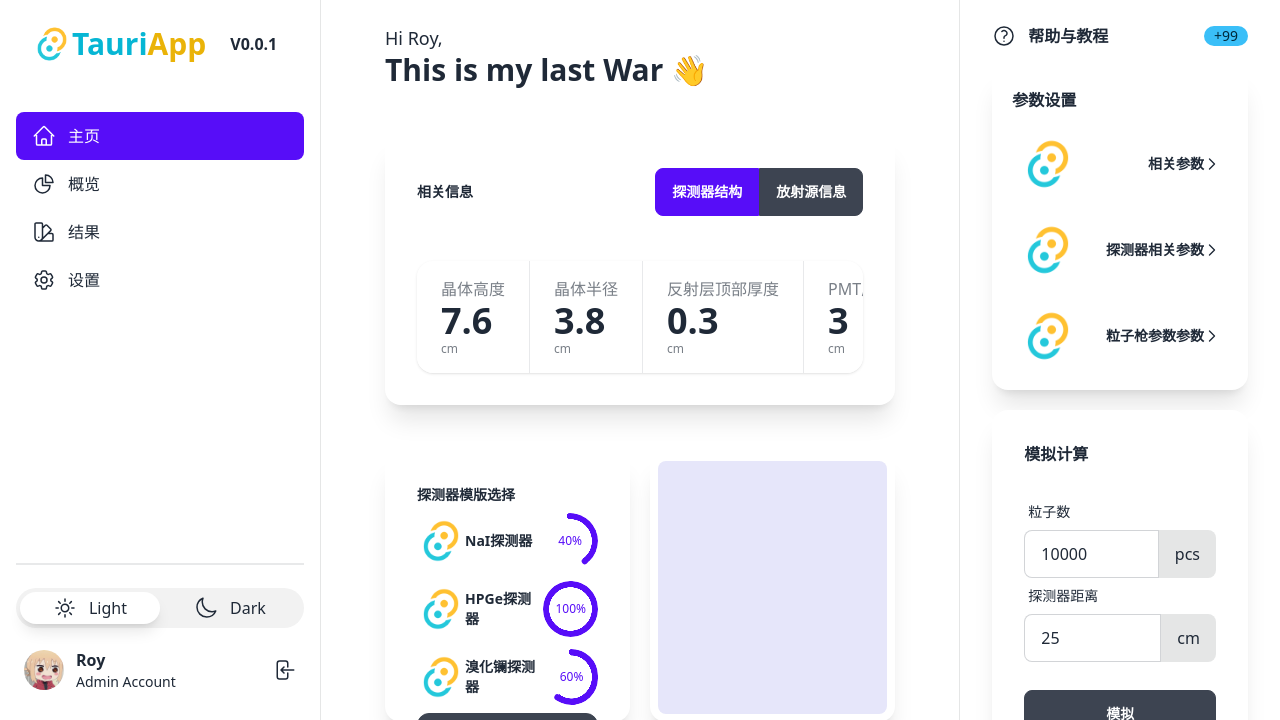
Repository: XMZOVO/tauri-geant4
Page: /
These files come from the project's save history. The page is drawn as it stood at one moment and after the next save; the edit follows.
The browser window is 1280 px wide. The pictures show the whole page.
The page's requests for data from a server got no answer. An inner scrolling area shows only its first screen. The project was rebuilt for these pictures with package versions that can differ from the ones it lists, and the page was loaded fresh each time. No one was signed in, and anything a server would have sent is missing. Also part of the build but not shown: vite.config.ts.

Above is the page before, as saved 2022-09-11 19:01:40.

### src/main.ts
import { createApp } from "vue";
import App from "./App.vue";
import "./index.css";
import { Router } from "./router";
import { createPinia } from "pinia";

const pinia = createPinia();

createApp(App).use(pinia).use(Router).mount("#app");

### src/router/index.ts
import { createRouter, createWebHistory } from "vue-router";

const routes = [
  {
    path: "",
    component: () => import("../components/MainWindow.vue"),
    children: [
      {
        path: "",
        component: () => import("../components/Home.vue"),
      },
      {
        path: "Setting",
        component: () => import("../components/Setting.vue"),
      },
      {
        path: "Results",
        component: () => import("../components/Results.vue"),
      },
      {
        path: "Overview",
        component: () => import("../components/Overview.vue"),
      },
      // {
      //   path: "Plan",
      //   component: () => import("../components/Plan.vue"),
      // },
    ],
  },
];

export const Router = createRouter({
  scrollBehavior: () => ({ left: 0, top: 0 }),
  history: createWebHistory(),
  routes,
});

### src/components/Home.vue
<script setup lang="ts">
import { ref, onMounted } from "vue";
import { invoke } from "@tauri-apps/api/tauri";
import { useRouter, onBeforeRouteLeave, onBeforeRouteUpdate } from "vue-router";
import path from "path";
import { exit } from "@tauri-apps/api/process";
import { fetch } from "@tauri-apps/api/http";

const router = useRouter();
const greetMsg = ref("");
const name = ref("");
let specFile = ref("");
let JSRootPath = ref("/JsRoot720/");

let detectorSrc = ref(
  JSRootPath.value +
    "index.htm?nobrowser&file=http://localhost:8080/file/G4Backend/build/rootFiles/test.root&item=Default;1&opt=ssao;transp60"
);

const parametersNames = ref([
  { name: "探测器结构", checked: true },
  { name: "放射源信息", checked: false },
]);
const selectedName = ref("钻井液性能");
const detectorProperties = ref([
  { name: "晶体高度", value: 7.6, unit: "cm" },
  { name: "晶体半径", value: 3.8, unit: "cm" },
  { name: "反射层顶部厚度", value: "0.3", unit: "cm" },
  { name: "PMT厚度", value: 3, unit: "cm" },
]);
const radioactiveProperties = ref([
  { name: "放射性同位素", value: "Co60", unit: "" },
  { name: "粒子数", value: 1000, unit: "" },
  { name: "3", value: 20, unit: "" },
  { name: "4", value: 0.02, unit: "" },
  { name: "5", value: 10, unit: "" },
]);
const detectorList = ref([
  { name: "NaI探测器", percent: 40 },
  { name: "HPGe探测器", percent: 100 },
  { name: "溴化镧探测器", percent: 60 },
]);
const paticleParameters = ref([
  { name: "粒子数", value: 10000, unit: "pcs" },
  { name: "探测器距离", value: 25, unit: "cm" },
]);
const btnWait = ref("");

async function greet() {
  greetMsg.value = await invoke("greet", { name: name.value });
}

onMounted(async () => {});

const parametersInfoChanged = (name: String) => {
  if (name == "探测器结构") {
    parametersNames.value[0].checked = true;
    parametersNames.value[1].checked = false;
  } else {
    parametersNames.value[0].checked = false;
    parametersNames.value[1].checked = true;
  }
};

const executeCalculate = async () => {
  if (paticleParameters.value[0].value > 10000000) {
    alert("粒子数过大");
    return;
  }
  btnWait.value = "loading";
  const response = await fetch("http://localhost:8080/g4", {
    method: "POST",
    query: {
      ch: detectorProperties.value[0].value.toString(),
      cr: detectorProperties.value[1].value.toString(),
      rtt: detectorProperties.value[2].value.toString(),
      num: paticleParameters.value[0].value.toString(),
    },
  }).then((res) => {
    btnWait.value = "";
    router.push({ path: "/Overview" });
  });
};

const refreshDetector = async () => {
  detectorSrc.value = " ";
  await fetch("http://localhost:8080/gdml", {
    method: "GET",
    query: {
      ch: detectorProperties.value[0].value.toString(),
      cr: detectorProperties.value[1].value.toString(),
      rtt: detectorProperties.value[2].value.toString(),
      pmt: detectorProperties.value[3].value.toString(),
    },
  }).then(() => {
    // let iframe: any = document.getElementById("iframe");
    // iframe.contentWindow.location.reload(true);
    detectorSrc.value =
      JSRootPath.value +
      "index.htm?nobrowser&file=http://localhost:8080/file/G4Backend/build/rootFiles/wtest.root&item=Default;1&opt=ssao;transp60";
  });
};

const exitApp = async () => {
  await exit(1);
};
</script>

<template>
  <!-- <div class="card">
    <input id="greet-input" v-model="name" placeholder="Enter a name..." />
    <button type="button" @click="greet()">Greet</button>
  </div>

  <p>{{ greetMsg }}</p> -->

  <div class="flex h-full w-full">
    <div class="w-2/3 space-y-12 border-r border-base-300 py-6 px-16">
      <div class="h-auto">
        <span class="block text-lg font-normal">Hi Roy,</span>
        <span class="block text-3xl font-bold"
          >This is my last War &#128075;</span
        >
      </div>
      <div class="card h-2/5 w-full shadow-xl">
        <div class="card-body justify-between">
          <div class="flex justify-between">
            <p class="card-title text-sm">相关信息</p>
            <!-- 选择框 -->
            <!-- <div class="form-control w-1/3 max-w-xs">
              <select
                class="select select-bordered focus:outline-none"
                @change="parametersInfoChanged($event)"
              >
                <option v-for="item in parametersNames">{{ item }}</option>
              </select>
            </div> -->
            <div class="btn-group">
              <input
                v-for="item in parametersNames"
                type="radio"
                name="options"
                :data-title="item.name"
                class="btn"
                :checked="item.checked"
                @change="parametersInfoChanged(item.name)"
              />
            </div>
          </div>
          <!-- 统计信息 -->
          <div
            class="stats stats-vertical overflow-hidden shadow lg:stats-horizontal"
          >
            <div
              class="stat"
              v-if="parametersNames[0].checked"
              v-for="item in detectorProperties"
            >
              <div class="stat-title">{{ item.name }}</div>
              <div class="stat-value">{{ item.value }}</div>
              <div class="stat-desc">{{ item.unit }}</div>
            </div>
            <div
              class="stat"
              v-if="parametersNames[1].checked"
              v-for="item in radioactiveProperties"
            >
              <div class="stat-title">{{ item.name }}</div>
              <div class="stat-value">{{ item.value }}</div>
              <div class="stat-desc">{{ item.unit }}</div>
            </div>
          </div>
        </div>
      </div>
      <!-- 底部双卡片 -->
      <div class="flex h-2/5 space-x-5">
        <!-- 1 -->
        <div class="card w-1/2 bg-base-100 shadow-xl">
          <div class="card-body">
            <p class="text-sm font-semibold">探测器模版选择</p>
            <!-- item -->
            <div class="flex flex-col gap-3">
              <div
                v-for="item in detectorList"
                class="flex items-center justify-between"
              >
                <img src="../assets/icon.png" class="h-12 w-12" />
                <p class="text-sm font-semibold">{{ item.name }}</p>
                <div
                  class="radial-progress text-xs text-primary"
                  :style="
                    '--value: ' +
                    item.percent +
                    '; --size: 3.5rem; --thickness: 6px'
                  "
                >
                  {{ item.percent }}%
                </div>
              </div>
            </div>
            <btn class="btn rounded-xl"> 更多模版</btn>
          </div>
        </div>
        <!-- 2 -->
        <div class="card w-1/2 bg-base-100 shadow-xl">
          <div class="card-body p-2">
            <iframe
              :src="detectorSrc"
              frameborder="0"
              class="h-full w-full rounded-lg"
            ></iframe>
            <!-- <div class="h-full w-full bg-black" id="drawing"></div> -->
          </div>
        </div>
      </div>
    </div>

    <!-- 右侧 -->
    <div class="w-1/3 flex-col space-y-5 px-8 pt-6">
      <!-- 帮助 -->
      <div class="flex items-center justify-between">
        <div class="flex items-center space-x-3">
          <svg
            xmlns="http://www.w3.org/2000/svg"
            fill="none"
            viewBox="0 0 24 24"
            stroke-width="1.5"
            stroke="currentColor"
            class="h-6 w-6"
          >
            <path
              stroke-linecap="round"
              stroke-linejoin="round"
              d="M9.879 7.519c1.171-1.025 3.071-1.025 4.242 0 1.172 1.025 1.172 2.687 0 3.712-.203.179-.43.326-.67.442-.745.361-1.45.999-1.45 1.827v.75M21 12a9 9 0 11-18 0 9 9 0 0118 0zm-9 5.25h.008v.008H12v-.008z"
            />
          </svg>
          <label class="font-bold">帮助与教程</label>
        </div>
        <div class="badge badge-info">+99</div>
      </div>
      <!-- 帮助 -->
      <!-- 卡1 -->
      <div class="flex space-x-5">
        <div class="card w-full overflow-visible bg-base-100 shadow-xl">
          <div class="card-body p-5">
            <div class="flex-col space-y-5">
              <p class="text-md font-bold">参数设置</p>

              <!-- 溢流物 -->
              <div class="dropdown-left dropdown w-full">
                <div
                  tabindex="0"
                  class="flex items-center justify-between rounded-xl px-2 py-1 duration-300 hover:cursor-pointer hover:bg-primary hover:text-base-100"
                >
                  <img src="../assets/icon.png" class="h-14 w-14 rounded-xl" />
                  <div class="flex items-center">
                    <p class="text-sm font-bold">相关参数</p>
                    <svg
                      xmlns="http://www.w3.org/2000/svg"
                      fill="none"
                      viewBox="0 0 24 24"
                      stroke-width="2"
                      stroke="currentColor"
                      class="h-4 w-4"
                    >
                      <path
                        stroke-linecap="round"
                        stroke-linejoin="round"
                        d="M8.25 4.5l7.5 7.5-7.5 7.5"
                      />
                    </svg>
                  </div>
                </div>
                <!-- 浮动窗口 -->
                <div
                  tabindex="0"
                  class="card dropdown-content rounded-box w-full bg-base-100 shadow"
                >
                  <div class="card-body space-y-3">
                    <p class="font-bold">设置相关参数</p>
                    <div
                      v-for="item in overflowParam"
                      class="flex items-center justify-between"
                    >
                      <p>{{ item.name }}</p>
                      <p class="font-bold text-primary">{{ item.percent }}%</p>
                      <input
                        type="range"
                        min="0"
                        max="100"
                        v-model="item.percent"
                        class="range range-xs w-1/2"
                        step="1"
                      />
                    </div>
                  </div>
                </div>
              </div>
              <!-- 溢流物 -->
              <!-- 钻井液 -->
              <div class="dropdown-left dropdown w-full">
                <div
                  tabindex="0"
                  class="flex items-center justify-between rounded-xl px-2 py-1 duration-300 hover:cursor-pointer hover:bg-primary hover:text-base-100"
                >
                  <img src="../assets/icon.png" class="h-14 w-14 rounded-xl" />
                  <div class="flex items-center">
                    <p class="text-sm font-bold">探测器相关参数</p>
                    <svg
                      xmlns="http://www.w3.org/2000/svg"
                      fill="none"
                      viewBox="0 0 24 24"
                      stroke-width="2"
                      stroke="currentColor"
                      class="h-4 w-4"
                    >
                      <path
                        stroke-linecap="round"
                        stroke-linejoin="round"
                        d="M8.25 4.5l7.5 7.5-7.5 7.5"
                      />
                    </svg>
                  </div>
                </div>
                <!-- 浮动窗口 -->
                <div
                  tabindex="0"
                  class="card dropdown-content rounded-box w-96 bg-base-100 shadow"
                >
                  <div class="card-body space-y-1">
                    <div class="flex items-center">
                      <p class="font-bold">设置探测器参数</p>
                      <button class="btn btn-xs" @click="refreshDetector">
                        刷新探测器模型
                      </button>
                    </div>
                    <div
                      v-for="item in detectorProperties"
                      class="form-control"
                    >
                      <label class="label">
                        <span class="label-text">{{ item.name }}</span>
                      </label>
                      <label class="input-group">
                        <input
                          type="text"
                          v-model="item.value"
                          class="input input-bordered w-3/4 focus:outline-none"
                        />
                        <span class="w-1/4">{{ item.unit }}</span>
                      </label>
                    </div>
                  </div>
                </div>
              </div>
              <!-- 钻井液 -->
              <!-- 节流压 -->
              <div class="dropdown-left dropdown w-full">
                <div
                  tabindex="0"
                  class="flex items-center justify-between rounded-xl px-2 py-1 duration-300 hover:cursor-pointer hover:bg-primary hover:text-base-100"
                >
                  <img src="../assets/icon.png" class="h-14 w-14 rounded-xl" />
                  <div class="flex items-center">
                    <p class="text-sm font-bold">粒子枪参数参数</p>
                    <svg
                      xmlns="http://www.w3.org/2000/svg"
                      fill="none"
                      viewBox="0 0 24 24"
                      stroke-width="2"
                      stroke="currentColor"
                      class="h-4 w-4"
                    >
                      <path
                        stroke-linecap="round"
                        stroke-linejoin="round"
                        d="M8.25 4.5l7.5 7.5-7.5 7.5"
                      />
                    </svg>
                  </div>
                </div>
                <!-- 浮动窗口 -->
                <div
                  tabindex="0"
                  class="card dropdown-content rounded-box w-96 bg-base-100 shadow"
                >
                  <div class="card-body space-y-3">
                    <p class="font-bold">设置粒子枪参数</p>
                    <div
                      v-for="item in radioactiveProperties"
                      class="form-control"
                    >
                      <label class="label">
                        <span class="label-text">{{ item.name }}</span>
                      </label>
                      <label class="input-group">
                        <input
                          type="text"
                          v-model="item.value"
                          class="input input-bordered w-3/4 focus:outline-none"
                        />
                        <span class="w-1/4">{{ item.unit }}</span>
                      </label>
                    </div>
                  </div>
                </div>
              </div>
              <!-- 节流压 -->
            </div>
          </div>
        </div>
      </div>
      <!-- 卡2 -->
      <div class="flex space-x-5">
        <div class="card w-full bg-base-100 shadow-xl">
          <div class="card-body space-y-5">
            <p class="text-md font-bold">模拟计算</p>
            <div>
              <div v-for="item in paticleParameters" class="form-control">
                <label class="label">
                  <span class="label-text">{{ item.name }}</span>
                </label>
                <label class="input-group">
                  <input
                    type="text"
                    placeholder="0.01"
                    v-model="item.value"
                    class="input input-bordered w-full focus:outline-none"
                  />
                  <span>{{ item.unit }}</span>
                </label>
              </div>
            </div>
            <!-- 计算 -->
            <button :class="'btn w-full ' + btnWait" @click="executeCalculate">
              模拟
            </button>
          </div>
        </div>
      </div>
    </div>
  </div>
</template>

<style scoped></style>

Loaded but not shown: index.html (common file); src/App.vue (common file); src/index.css (common file); tailwind.config.cjs (common file); public/JsRoot720/modules/d3.mjs (library); public/JsRoot720/modules/gui/HierarchyPainter.mjs (library); public/JsRoot720/modules/io.mjs (3859 lines, source omitted); public/JsRoot720/modules/gpad/TFramePainter.mjs (2781 lines, source omitted); public/JsRoot720/modules/gpad/TPadPainter.mjs (2078 lines, source omitted); public/JsRoot720/modules/gui/menu.mjs (1573 lines, source omitted); public/JsRoot720/modules/core.mjs (1681 lines, source omitted); public/JsRoot720/modules/gui/display.mjs (1711 lines, source omitted); public/JsRoot720/modules/base/ObjectPainter.mjs (1608 lines, source omitted); public/JsRoot720/modules/base/math.mjs (2061 lines, source omitted); public/JsRoot720/modules/gpad/TAxisPainter.mjs (1330 lines, source omitted); public/JsRoot720/modules/hist/TPavePainter.mjs (1257 lines, source omitted); public/JsRoot720/modules/base/latex.mjs (1324 lines, source omitted); public/JsRoot720/modules/draw.mjs (618 lines, source omitted); public/JsRoot720/modules/gui/utils.mjs (511 lines, source omitted); public/JsRoot720/modules/gpad/TCanvasPainter.mjs (756 lines, source omitted); public/JsRoot720/modules/base/BasePainter.mjs (670 lines, source omitted); public/JsRoot720/modules/base/TAttFillHandler.mjs (343 lines, source omitted); public/JsRoot720/modules/base/TAttMarkerHandler.mjs (292 lines, source omitted); public/JsRoot720/modules/gui.mjs (206 lines, source omitted); public/JsRoot720/modules/base/colors.mjs (172 lines, source omitted); public/JsRoot720/modules/base/TAttLineHandler.mjs (166 lines, source omitted); public/JsRoot720/modules/base/FontHandler.mjs (139 lines, source omitted); src/components/MainWindow.vue (303 lines, source omitted)

After the next save:
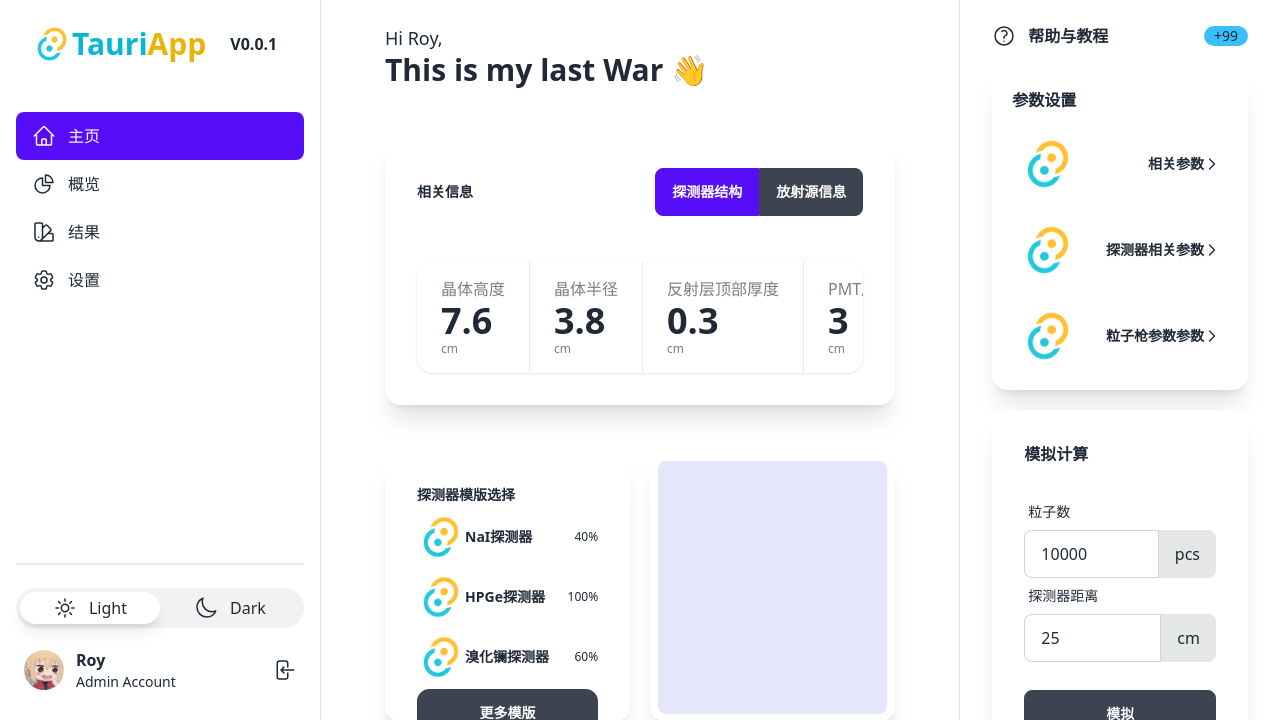
Saved 78 s later.
--- a/src/components/Home.vue
+++ b/src/components/Home.vue
@@ -181,13 +181,13 @@ const exitApp = async () => {
             <!-- item -->
             <div class="flex flex-col gap-3">
               <div
-                v-for="item in detectorList"
+                v-for="(item, index) in detectorList"
                 class="flex items-center justify-between"
               >
                 <img src="../assets/icon.png" class="h-12 w-12" />
                 <p class="text-sm font-semibold">{{ item.name }}</p>
                 <div
-                  class="radial-progress text-xs text-primary"
+                  class="'radial-progress ' text-xs"
                   :style="
                     '--value: ' +
                     item.percent +
